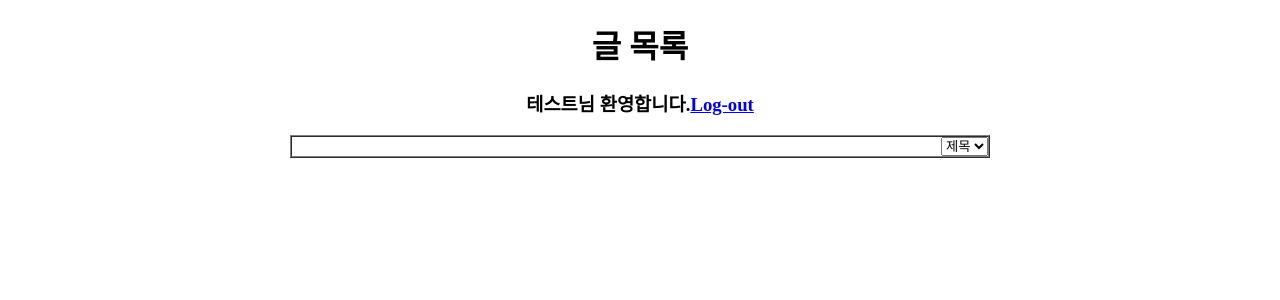
Repository: helena0207/SpringPro
Page: http://localhost/BoardWeb/geBoardList.jsp
An editor plug-in stored every save of this project. The page is shown before and after the next save, followed by the edit.
The browser window is 1280 px wide. The pictures show the whole page.
The page is served by Tomcat 9. Other server files are loaded and not shown. Queries for data that is not in the repository find no rows.

Above is the page before, as saved 2020-12-02 02:17:00.

### BoardWeb/src/main/webapp/geBoardList.jsp
<%@ page import="java.util.List" %>
<%@ page import="com.springbook.biz.board.impl.BoardDAO" %>
<%@ page import="com.springbook.biz.board.BoardVO" %>
<%@ page language="java" contentType="text/html; charset=EUC-KR"
    pageEncoding="EUC-KR"%>

<%
	//1. 사용자 입력 정보 추출(검색 기능은 나중에 구현)
	//2. DB연동 처리
	BoardVO vo=new BoardVO();
	BoardDAO boardDAO=new BoardDAO();
	List<BoardVO> boardList=boardDAO.getBoardList(vo);

	//3. 응답화면 구성
%>
<!DOCTYPE html>
<html>
<head>
<meta http-equiv="Content-Type" content="text/html; charset=EUC-KR">
<title>글 목록</title>
</head>
<body>
<center>
<h1>글 목록</h1>
<h3>테스트님 환영합니다.<a href="logout_proc.jsp">Log-out</a></h3>

<!-- 검색시작 -->
<form action="getBoardList.jsp" method="post">
<table border="1" cellpadding="0" cellspacing="0" width="700">
<tr>
	<td align="right">
	<select name="searchCondition">
	<option value="TITLE">제목
	<option value="CONTENT">내용
	</select>
</tr>
</table>
</form>
</center>

</body>
</html>

### BoardWeb/src/main/java/com/springbook/biz/board/BoardVO.java
package com.springbook.biz.board;

import java.sql.Date;

public class BoardVO {
	private int seq;
	private String title;
	private String writer;
	private String content;
	private Date regDate;
	private int cnt;

	public int getSeq() {
		return seq;
	}
	public void setSeq(int seq) {
		this.seq = seq;
	}
	public String getTitle() {
		return title;
	}
	public void setTitle(String title) {
		this.title = title;
	}
	public String getWriter() {
		return writer;
	}
	public void setWriter(String writer) {
		this.writer = writer;
	}
	public String getContent() {
		return content;
	}
	public void setContent(String content) {
		this.content = content;
	}
	public Date getRegDate() {
		return regDate;
	}
	public void setRegDate(Date regDate) {
		this.regDate = regDate;
	}
	public int getCnt() {
		return cnt;
	}
	public void setCnt(int cnt) {
		this.cnt = cnt;
	}
	@Override
	public String toString() {
		return "BoardVO [seq=" + seq + ", title=" + title + ", writer=" + writer + ", content=" + content + ", regDate="
				+ regDate + ", cnt=" + cnt + "]";
	}
}

### BoardWeb/src/main/java/com/springbook/biz/board/impl/BoardDAO.java
package com.springbook.biz.board.impl;

import java.sql.Connection;
import java.sql.PreparedStatement;
import java.sql.ResultSet;
import java.util.ArrayList;
import java.util.List;

import org.springframework.stereotype.Repository;

import com.springbook.biz.board.BoardVO;
import com.springbook.biz.common.JDBCUtil;

//DAO(data access Object)
@Repository("boardDAO") //클래스 객체 이름 첫글자를 소문자로 변경한다. 기본 생성자가 있어야 한다.
public class BoardDAO {
	//JDBC 관련 변수
	private Connection conn=null;
	private PreparedStatement stmt=null;
	private ResultSet rs=null;

	//SQL 명령어들
	private final String BOARD_INSERT="insert into board(seq, title, writer,content) values((select nvl(max(seq),0)+1 from board),?,?,?)";
	private final String BOARD_UPDATE="update board set title=?, content=? where seq=?";
	private final String BOARD_DELETE="delete board where seq=?";
	private final String BOARD_GET="select * from board where seq=?";
	private final String BOARD_LIST="select * from board order by seq desc limit 5";

	//CRUD기능의 메소드 구현
	//글 등록
	public void insertBoard(BoardVO vo) {
		System.out.println("==>JDBC로 insertBoard() 기능 처리");
		try {
			conn=JDBCUtil.getConnection();
			stmt=conn.prepareStatement(BOARD_INSERT);
			stmt.setString(1,  vo.getTitle());
			stmt.setString(2, vo.getWriter());
			stmt.setString(3, vo.getContent());
			stmt.executeUpdate();

		}catch(Exception e){
			e.printStackTrace();
		}finally {
			JDBCUtil.close(stmt, conn);
		}
	}
	//글 수정
	public void updateBoard(BoardVO vo) {
		System.out.println("==>JDBC로 updateBoard()기능 처리");
		try {
			conn=JDBCUtil.getConnection();
			stmt=conn.prepareStatement(BOARD_UPDATE);
			stmt.setString(1, vo.getTitle());
			stmt.setString(2, vo.getWriter());
			stmt.setString(3, vo.getContent());
			stmt.executeUpdate();
		}catch (Exception e) {
			e.printStackTrace();
		}finally {
			JDBCUtil.close(stmt, conn);
		}
	}
	//글 삭제
	public void deleteBoard(BoardVO vo) {
		System.out.println("==>JDBC로 deleteBoard()기능 처리");
		try {
			conn=JDBCUtil.getConnection();
			stmt=conn.prepareStatement(BOARD_DELETE);
			stmt.setInt(1,vo.getSeq());
			stmt.executeUpdate();
		}catch (Exception e) {
			e.printStackTrace();
		}finally {
			JDBCUtil.close(stmt, conn);
		}
	}
	//글 상세 조회
	public BoardVO getBoard(BoardVO vo) {
		System.out.println("==> JDBC로 getBoard()기능 처리");
		BoardVO board=null;
		try {
			conn=JDBCUtil.getConnection();
			stmt=conn.prepareStatement(BOARD_GET);
			stmt.setInt(1, vo.getSeq());
			rs=stmt.executeQuery();
			if(rs.next()) {
				board=new BoardVO();
				board.setSeq(rs.getInt("SEQ"));
				board.setTitle(rs.getString("TITLE"));
				board.setWriter(rs.getString("WRITER"));
				board.setContent(rs.getString("CONTENT"));
				board.setRegDate(rs.getDate("REGDATE"));
				board.setCnt(rs.getInt("CNT"));
			}
		}catch(Exception e) {
			e.printStackTrace();
		}finally {
			JDBCUtil.close(rs, stmt, conn);
		}
		return board;
	}
	//글 목록 조회
	public List<BoardVO> getBoardList(BoardVO vo){
		System.out.println("==>JDBC로 getBoardList() 기능 처리");
		List<BoardVO> boardList=new ArrayList<BoardVO>();
		try {
			conn=JDBCUtil.getConnection();
			stmt=conn.prepareStatement(BOARD_LIST);
			rs=stmt.executeQuery();
			while(rs.next()) {
				BoardVO board=new BoardVO();
				board.setSeq(rs.getInt("SEQ"));
				board.setTitle(rs.getString("TITLE"));
				board.setWriter(rs.getString("WRITER"));
				board.setContent(rs.getString("CONTENT"));
				board.setRegDate(rs.getDate("REGDATE"));
				board.setCnt(rs.getInt("CNT"));
				boardList.add(board);
			}
		}catch(Exception e) {
			e.printStackTrace();
		}finally {
			JDBCUtil.close(rs, stmt, conn);
		}
		return boardList;
	}
}

### BoardWeb/src/main/java/com/springbook/biz/common/JDBCUtil.java
package com.springbook.biz.common;

import java.sql.Connection;
import java.sql.DriverManager;
import java.sql.PreparedStatement;
import java.sql.ResultSet;


public class JDBCUtil {
	public static Connection getConnection() {
		try {
			Class.forName("org.h2.Driver");
			return DriverManager.getConnection("jdbc:h2:tcp://localhost/~/test", "sa","");
		}catch(Exception e) {
			e.printStackTrace();
		}
		return null;
	}
	public static void close(PreparedStatement stmt, Connection conn) {
		if(stmt !=null) {
			try {
				if(!stmt.isClosed()) stmt.close();
			}catch (Exception e) {
				e.printStackTrace();
			}finally {
				stmt=null;
			}
		}

		if(conn !=null) {
			try {
				if(!conn.isClosed()) conn.close();
			}catch (Exception e) {
				e.printStackTrace();
			}finally {
				conn=null;
			}
		}
	}
	public static void close(ResultSet rs, PreparedStatement stmt, Connection conn) {
		if(rs !=null) {
			try {
				if(!rs.isClosed()) rs.close();
			}catch(Exception e) {
				e.printStackTrace();
			}finally {
				rs=null;
			}
		}
		if(stmt !=null) {
			try {
				if(!stmt.isClosed()) stmt.close();
			}catch(Exception e) {
				e.printStackTrace();
			}finally {
				stmt=null;
			}
		}
		if(conn !=null) {
			try {
				if(!conn.isClosed()) conn.close();
			}catch(Exception e) {
				e.printStackTrace();
			}finally {
				conn=null;
			}
		}
	}
}

After the next save:
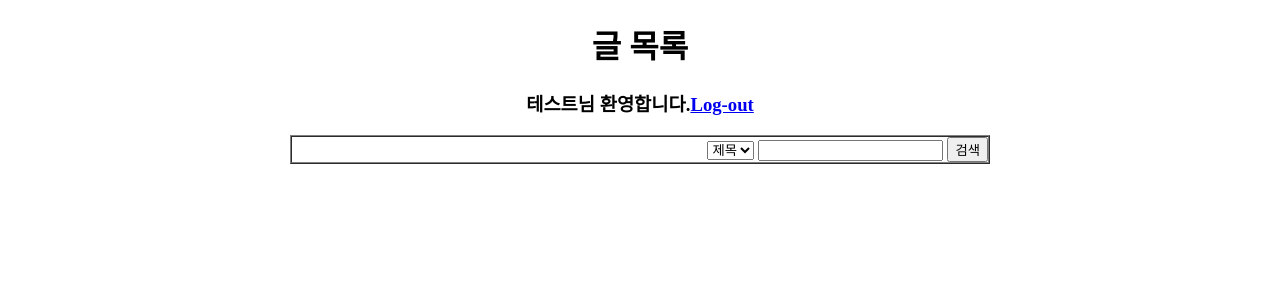
Saved 2 min 11 s later.
--- a/BoardWeb/src/main/webapp/geBoardList.jsp
+++ b/BoardWeb/src/main/webapp/geBoardList.jsp
@@ -33,6 +33,9 @@
 	<option value="TITLE">제목
 	<option value="CONTENT">내용
 	</select>
+	<input name="searchKeyword" type="text"/>
+	<input type="submit" value="검색"/>
+	</td>
 </tr>
 </table>
 </form>
